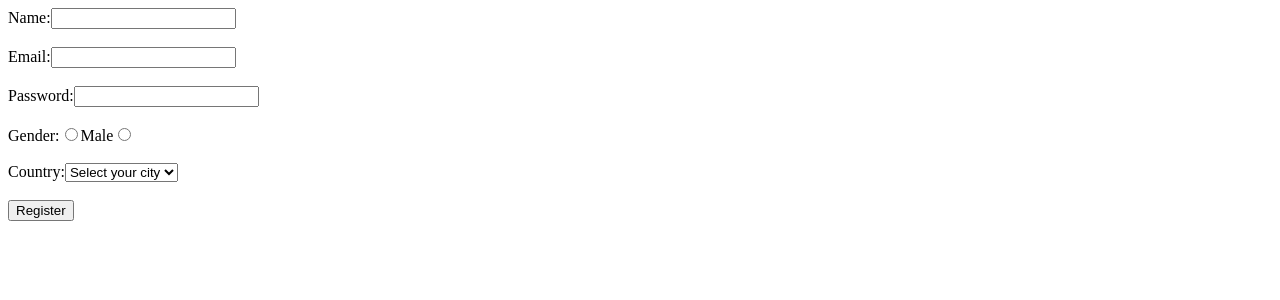
Repository: MohansaiAnuval/Projects-Servlet
Page: http://localhost/Servlet_JDBC/
These files come from the project's save history. The page is drawn as it stood at one moment and after the next save; the edit follows.
The browser window is 1280 px wide. The pictures show the whole page.
The page is served by Tomcat 9.

Above is the page before, as saved 2024-05-29 10:12:01.

### Servlet_JDBC/src/main/webapp/index.jsp
<%@ page language="java" contentType="text/html; charset=ISO-8859-1"
    pageEncoding="ISO-8859-1"%>
<!DOCTYPE html>
<html>
<head>
<meta charset="ISO-8859-1">
<title>Insert title here</title>
</head>
<body>
<form>
Name:<input type="text" name="name1" ><br><br>
Email:<input type="text" name="Email" ><br><br>
Password:<input type="password" name="password" ><br><br>
Gender:<input type="radio" name="gender" value="male">Male<input type="radio" name="gender" value="female"><br><br>
Country:<select>
 <option >Select your city</option>
  <option value="Mumbai">Mumbai</option>
  <option value="Delhi">Delhi</option>
  <option value="Bangalore">Bangalore</option>
  <option value="Hyderabad">Hyderabad</option>
  <option value="Chennai">Chennai</option>
  <option value="Kolkata">Kolkata</option>
  <option value="Ahmedabad">Ahmedabad</option>
  <option value="Pune">Pune</option>
  <option value="Jaipur">Jaipur</option>
  <option value="Surat">Surat</option>
</select><br><br>
<input type="submit" value="Register">



</form>

</body>
</html>

After the next save:
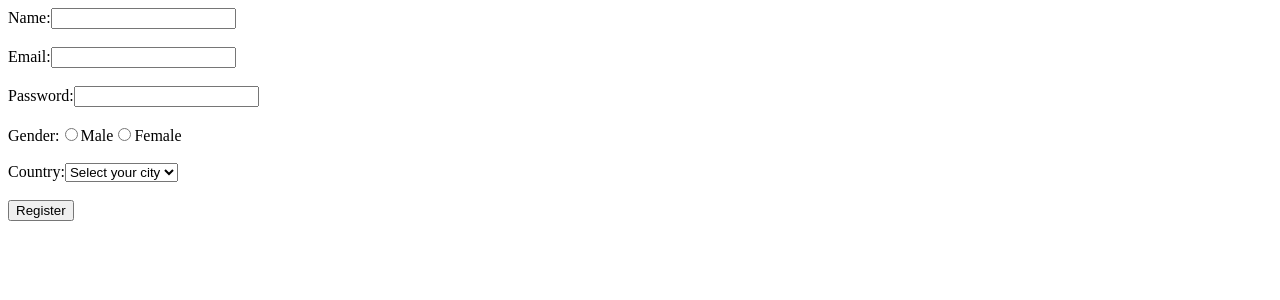
Saved 38 s later.
--- a/Servlet_JDBC/src/main/webapp/index.jsp
+++ b/Servlet_JDBC/src/main/webapp/index.jsp
@@ -11,7 +11,7 @@
 Name:<input type="text" name="name1" ><br><br>
 Email:<input type="text" name="Email" ><br><br>
 Password:<input type="password" name="password" ><br><br>
-Gender:<input type="radio" name="gender" value="male">Male<input type="radio" name="gender" value="female"><br><br>
+Gender:<input type="radio" name="gender" value="male">Male<input type="radio" name="gender" value="female">Female<br><br>
 Country:<select>
  <option >Select your city</option>
   <option value="Mumbai">Mumbai</option>
